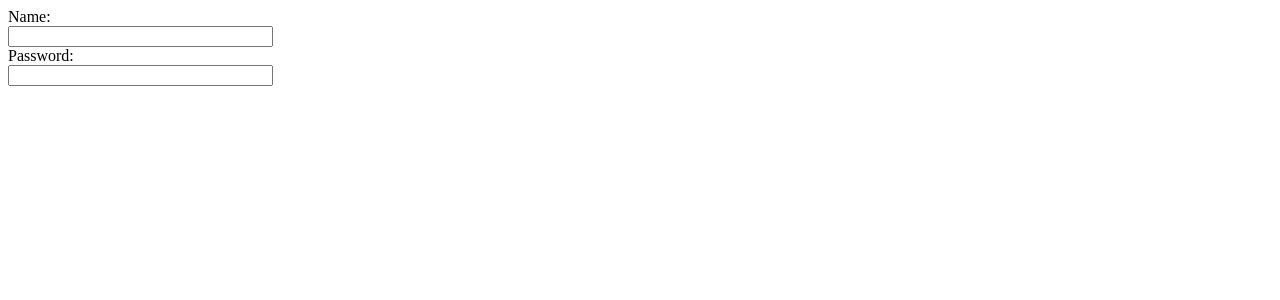
Repository: marcojansen/WebTechnologie2.1
Page: TheRoomRental/WebContent/login.html
The author's editor kept a copy of each file at every save. The page is drawn from the files as they stood at one save, then again after the next save.
The browser window is 1280 px wide. The pictures show the whole page.

Above is the page before, as saved 2014-09-02 11:06:40.

### TheRoomRental/WebContent/login.html
<!DOCTYPE html>
<html>
<head>
<meta charset="US-ASCII">
<title>Login</title>
</head>
<body>

<FORM METHOD="post">
Name: <BR> <INPUT TYPE="text" NAME="Name" SIZE="30"><BR>
Password: <BR> <Input TYPE="text" NAME="Password" SIZE="30"><BR>
</FORM>

</body>
</html>

After the next save:
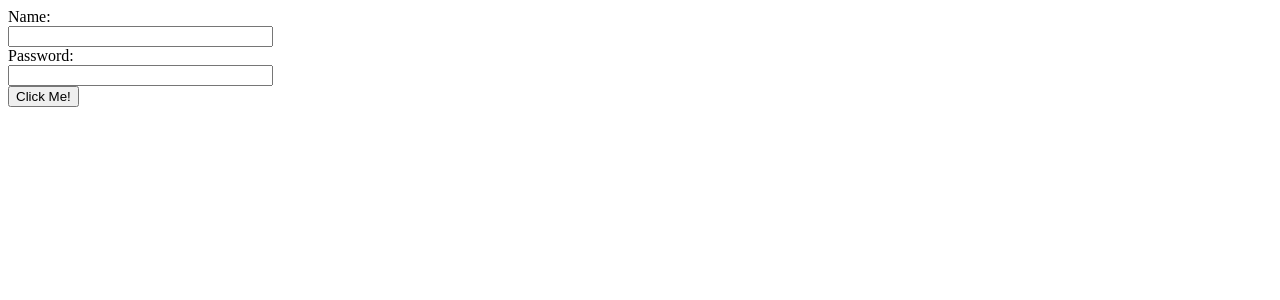
Saved 3 min 27 s later.
--- a/TheRoomRental/WebContent/login.html
+++ b/TheRoomRental/WebContent/login.html
@@ -10,6 +10,7 @@
 Name: <BR> <INPUT TYPE="text" NAME="Name" SIZE="30"><BR>
 Password: <BR> <Input TYPE="text" NAME="Password" SIZE="30"><BR>
 </FORM>
+<button type="button">Click Me!</button>
 
 </body>
 </html>
